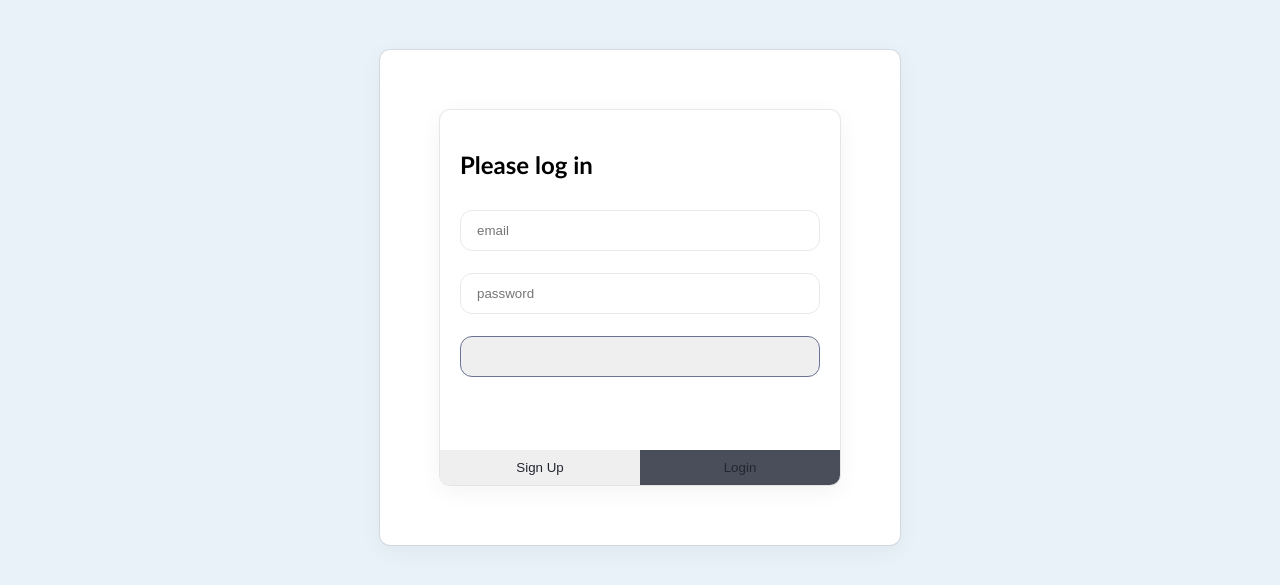
Repository: mosesvk/_todo
Page: / (app in client/)
An editor plug-in stored every save of this project. The page is shown before and after a run of saves, followed by the edit.
The browser window is 1280 px wide. The pictures show the whole page.
The project was rebuilt for these pictures with package versions that can differ from the ones it lists, and the page was loaded fresh each time. Also part of the build but not shown: client/vite.config.js, client/src/components/Modal.jsx, client/src/components/ListHeader.jsx, client/src/components/ProgressBar.jsx, client/src/components/ListItem.jsx. Imported but missing from the stored project, and not drawn on this page: client/src/components/TickIcon.

Above is the page before, as saved 2023-05-11 14:34:51.

After the next 2 saves:
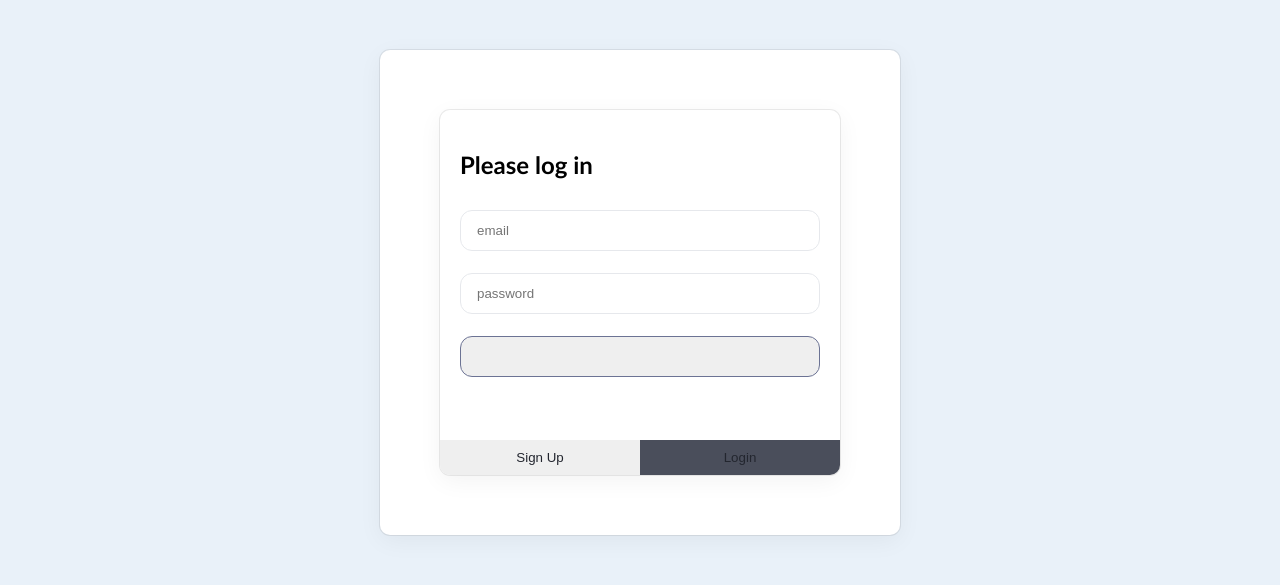
The 2 saves are shown as one change because they came seconds apart.
The last was saved 103 s later.
--- a/client/src/index.css
+++ b/client/src/index.css
@@ -192,7 +192,7 @@ input {
 .auth-container-box form {
     display: flex;
     flex-direction: column;
-    height: 300px;
+    height: fit-content;
     padding: 20px;
 }
 
